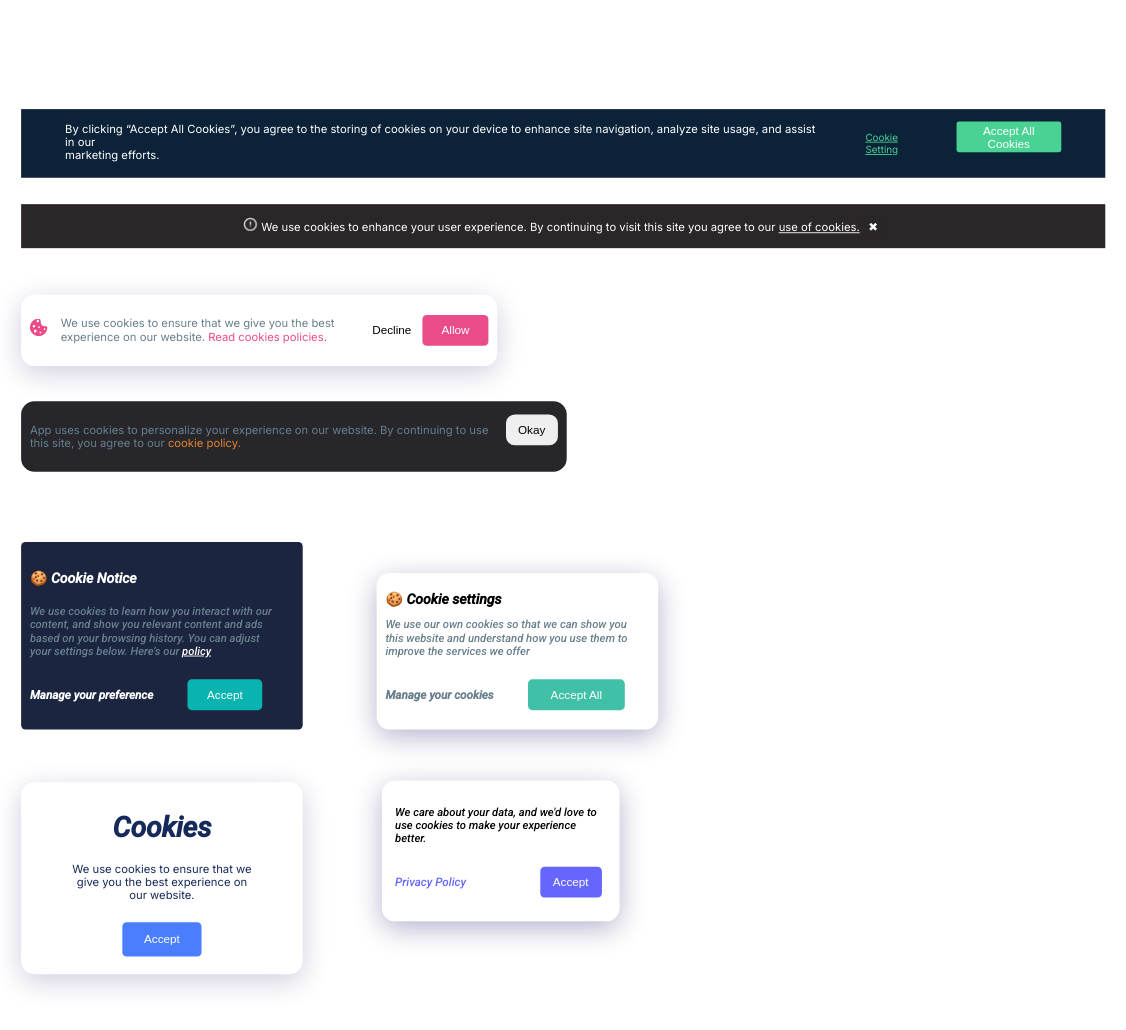
Repository: batonAnton/cursor_cookies_lectr3
Page: index.html
The author's editor kept a copy of each file at every save. The page is drawn from the files as they stood at one save, then again after the next save.
The browser window is 1280 px wide. The pictures show the whole page, at 88% of full size.

Above is the page before, as saved 2022-06-09 12:55:36.

After the next save:
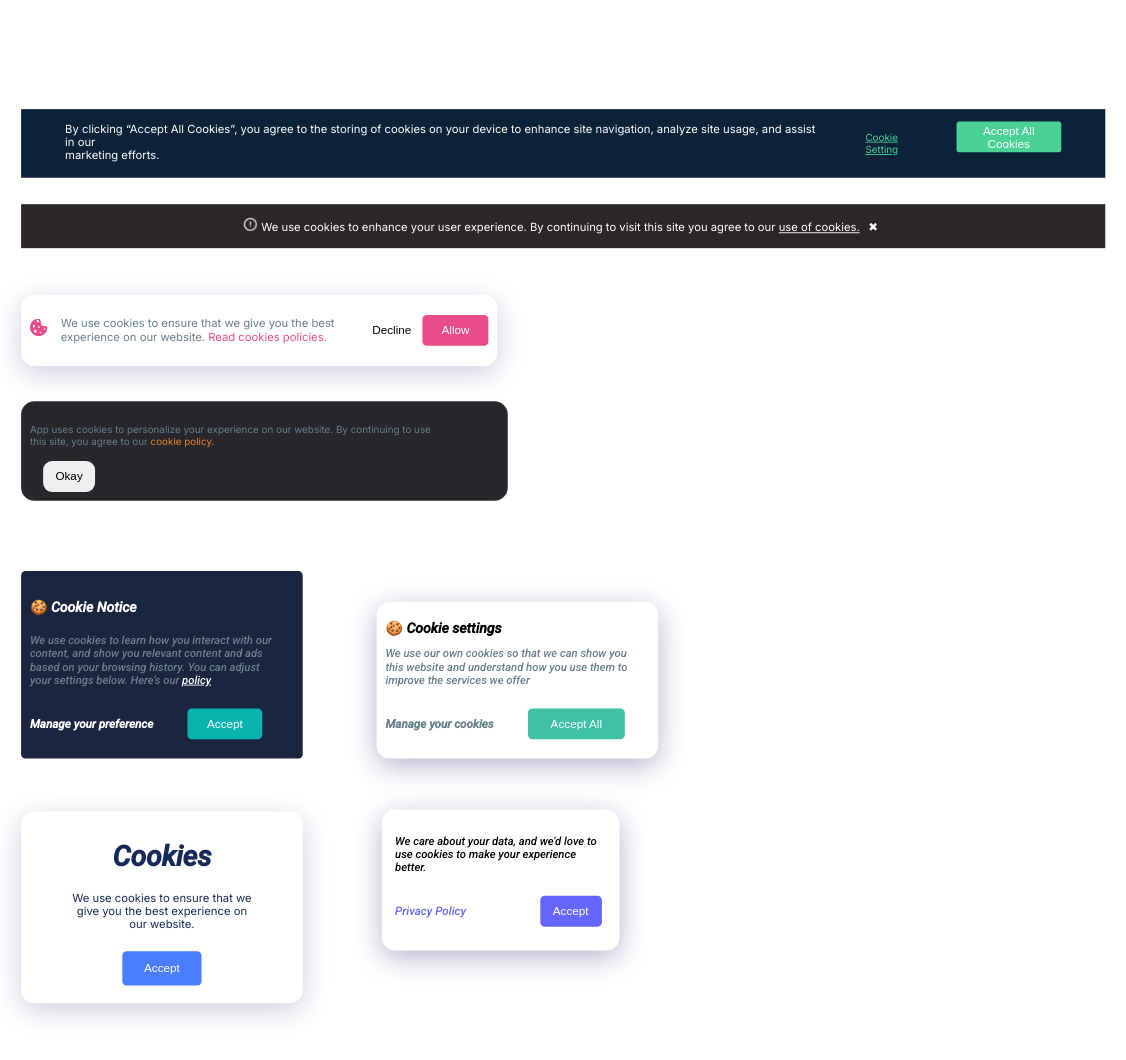
Saved 6 min 22 s later.
--- a/css/style.css
+++ b/css/style.css
@@ -114,13 +114,14 @@ p {
   border-radius: 15px;
   padding: 10px;
   display: block;
-  width: 600px;
+  width: 533px;
   margin-bottom: 70px;
 }
 
 .banner_4 p {
   margin: 15px auto;
   display: inline-flex;
+  font-size: 0.7rem;
 }
 
 .banner_4 a {
